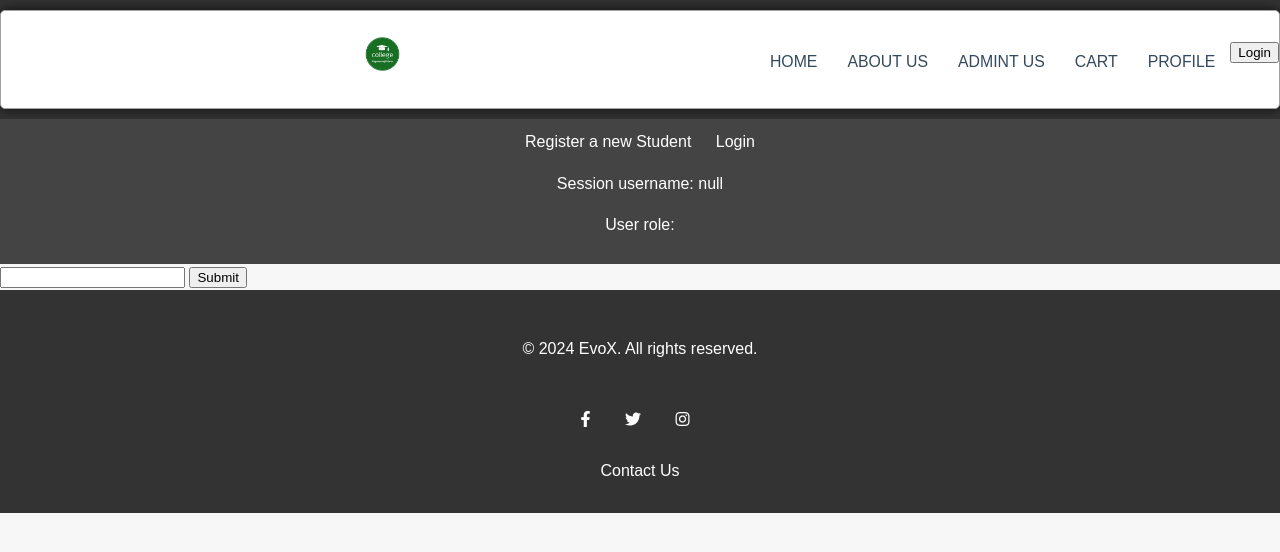
Repository: sampanna17/javabackup
Page: http://localhost/EvoX_CW/index.jsp
These files come from the project's save history. The page is drawn as it stood at one moment and after the next save; the edit follows.
The browser window is 1280 px wide. The pictures show the whole page.
The page is served by Tomcat 9. The template is opened directly, without the code that normally fills it, so the values that code supplies are empty.

Above is the page before, as saved 2024-05-06 05:48:53.

After the next save:
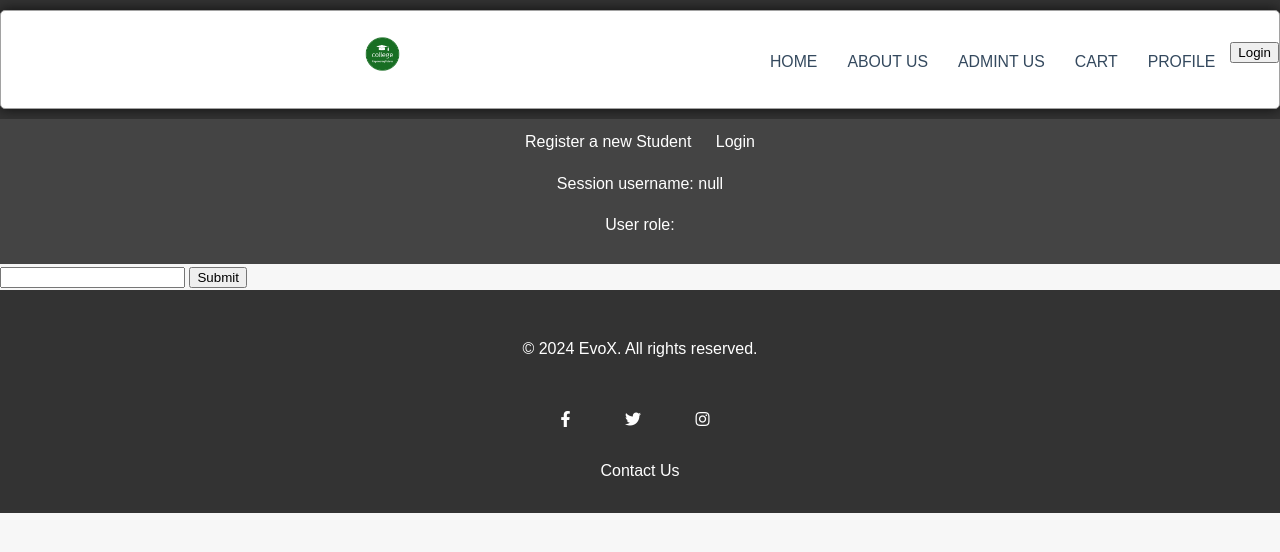
Saved 12 s later.
--- a/EvoX_CW/src/main/webapp/stylesheets/footer.css
+++ b/EvoX_CW/src/main/webapp/stylesheets/footer.css
@@ -32,7 +32,7 @@
 #footer a {
   text-decoration: none;
   color: inherit;
-  margin: 10px;
+  margin: 20px;
 }
 
 #footer a:hover {
